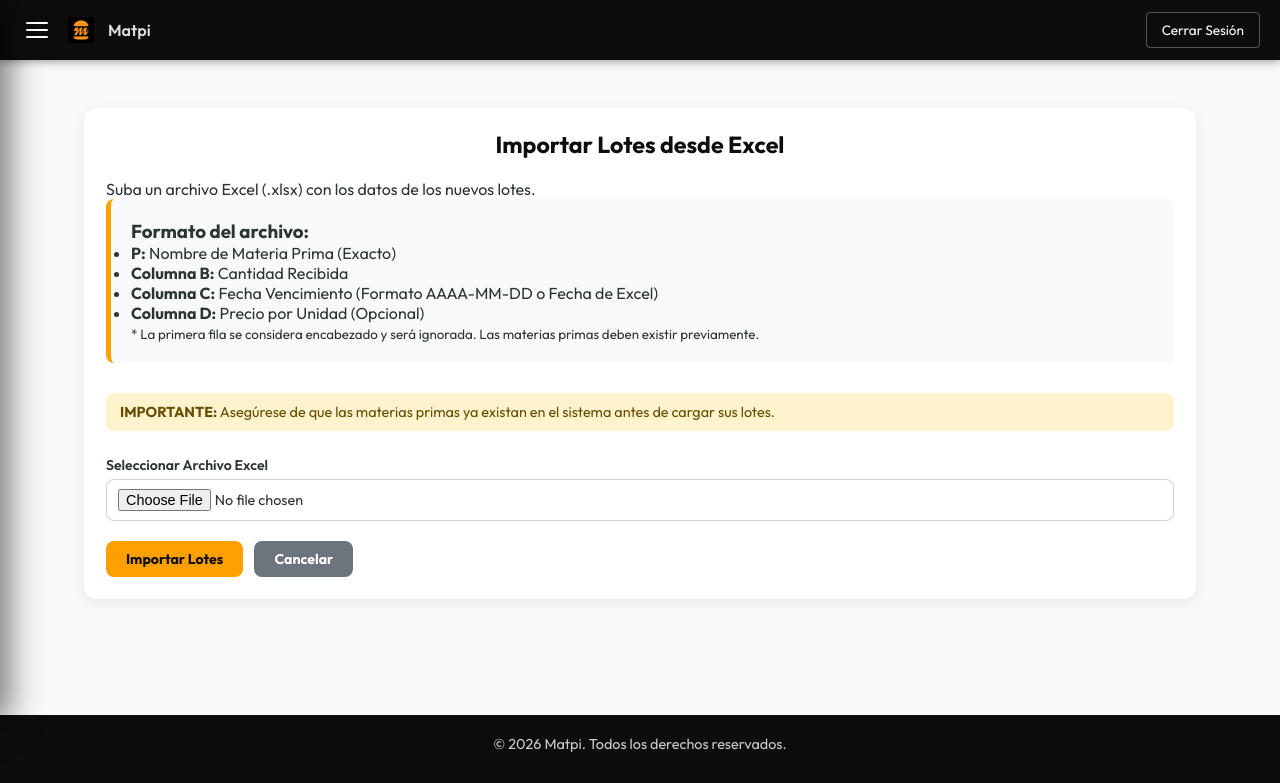
Repository: JuanFelipeNieto/MATPI-Python
Page: MATPI/materia_prima/templates/materia_prima/importar_lotes.html
An editor plug-in stored every save of this project. The page is shown before and after the next save, followed by the edit.
The browser window is 1280 px wide. The pictures show the whole page.
The template is drawn by Django 5.2. The application's start-up code is not run. The template is opened directly, without the code that normally fills it, so the values that code supplies are empty.

Above is the page before, as saved 2026-03-21 16:42:42.

After the next save:
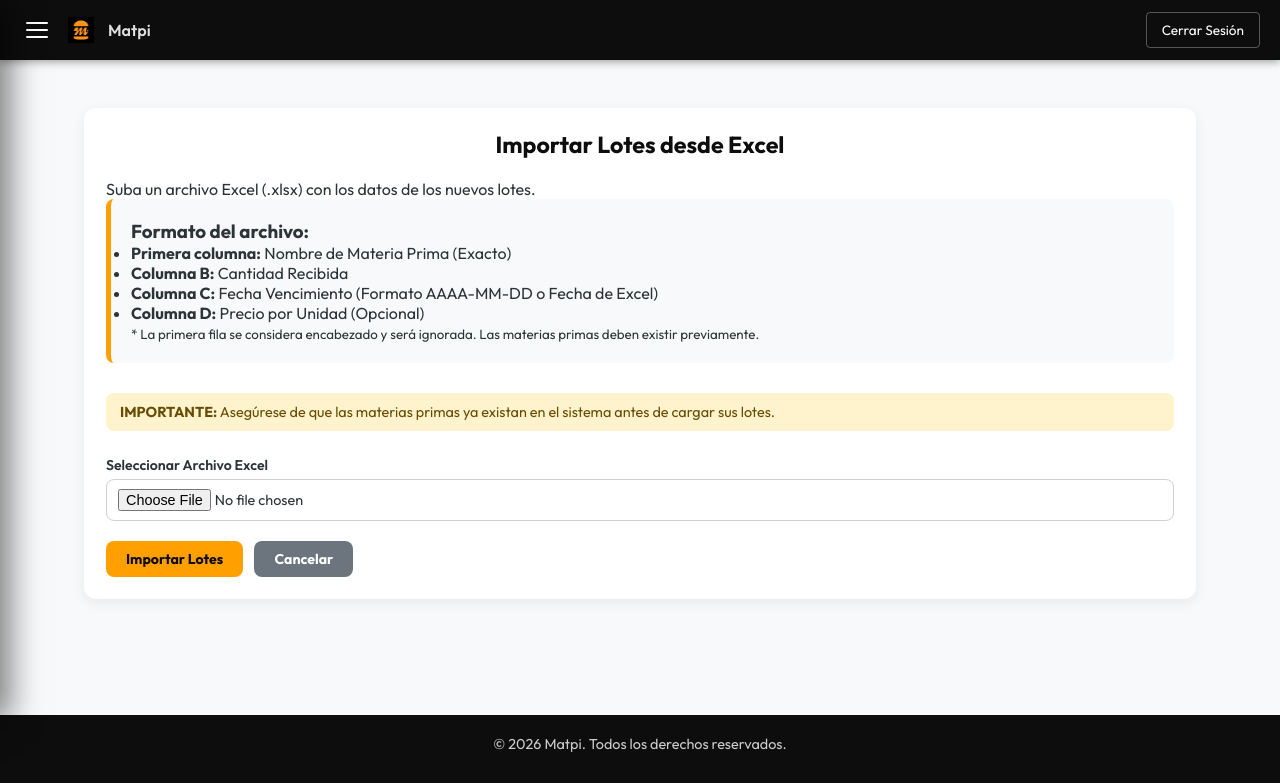
Saved 4 s later.
--- a/MATPI/materia_prima/templates/materia_prima/importar_lotes.html
+++ b/MATPI/materia_prima/templates/materia_prima/importar_lotes.html
@@ -10,7 +10,7 @@
     <div style="background: #f8f9fa; padding: 20px; border-radius: 8px; margin-bottom: 30px; border-left: 5px solid var(--primary);">
         <h3 style="margin-top: 0;">Formato del archivo:</h3>
         <ul>
-            <li><strong>P:</strong> Nombre de Materia Prima (Exacto)</li>
+            <li><strong>Primera columna:</strong> Nombre de Materia Prima (Exacto)</li>
             <li><strong>Columna B:</strong> Cantidad Recibida</li>
             <li><strong>Columna C:</strong> Fecha Vencimiento (Formato AAAA-MM-DD o Fecha de Excel)</li>
             <li><strong>Columna D:</strong> Precio por Unidad (Opcional)</li>
